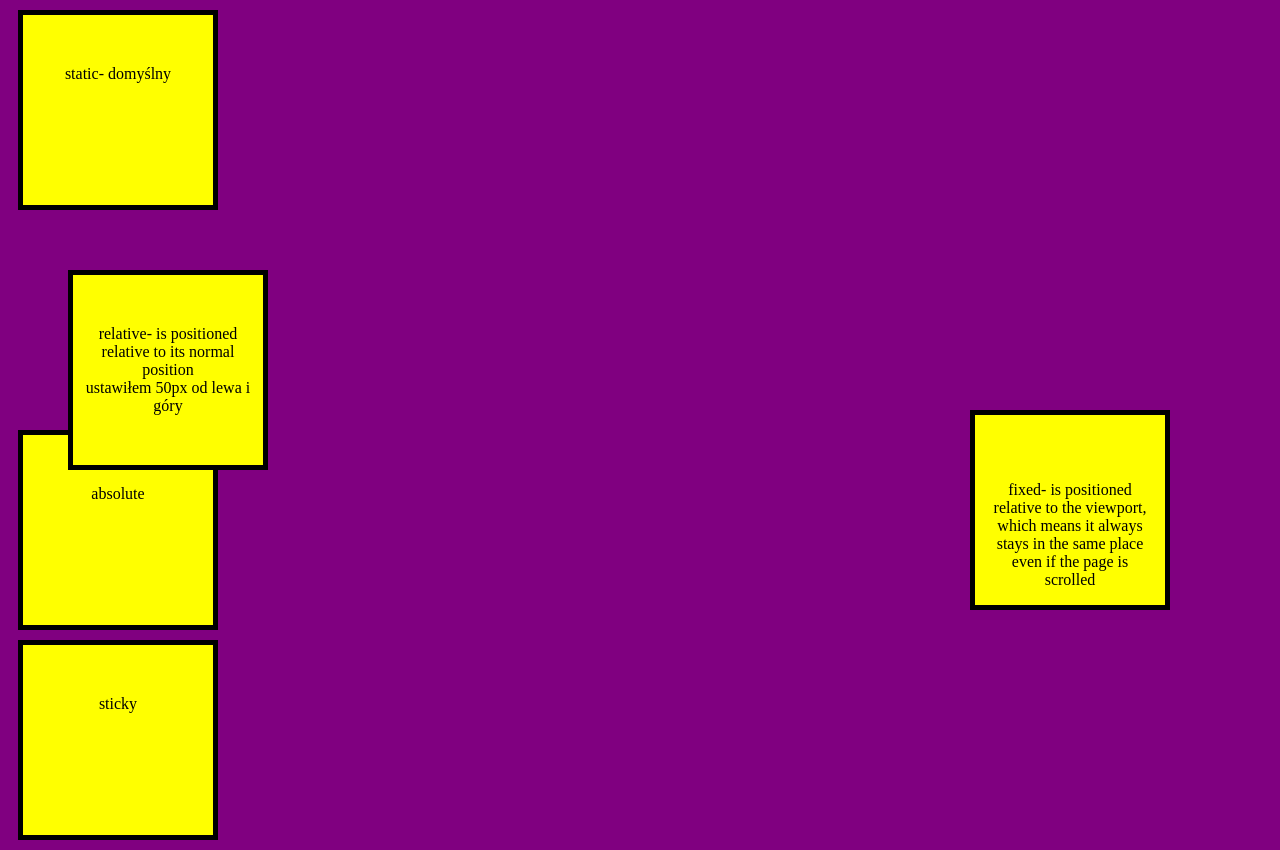
Repository: quenrythane/homepage
Page: CSS positions/CSS-positions.html
The author's editor kept a copy of each file at every save. The page is drawn from the files as they stood at one save, then again after the next save.
The browser window is 1280 px wide. The pictures show the whole page.

Above is the page before, as saved 2020-10-11 03:52:48.

After the next save:
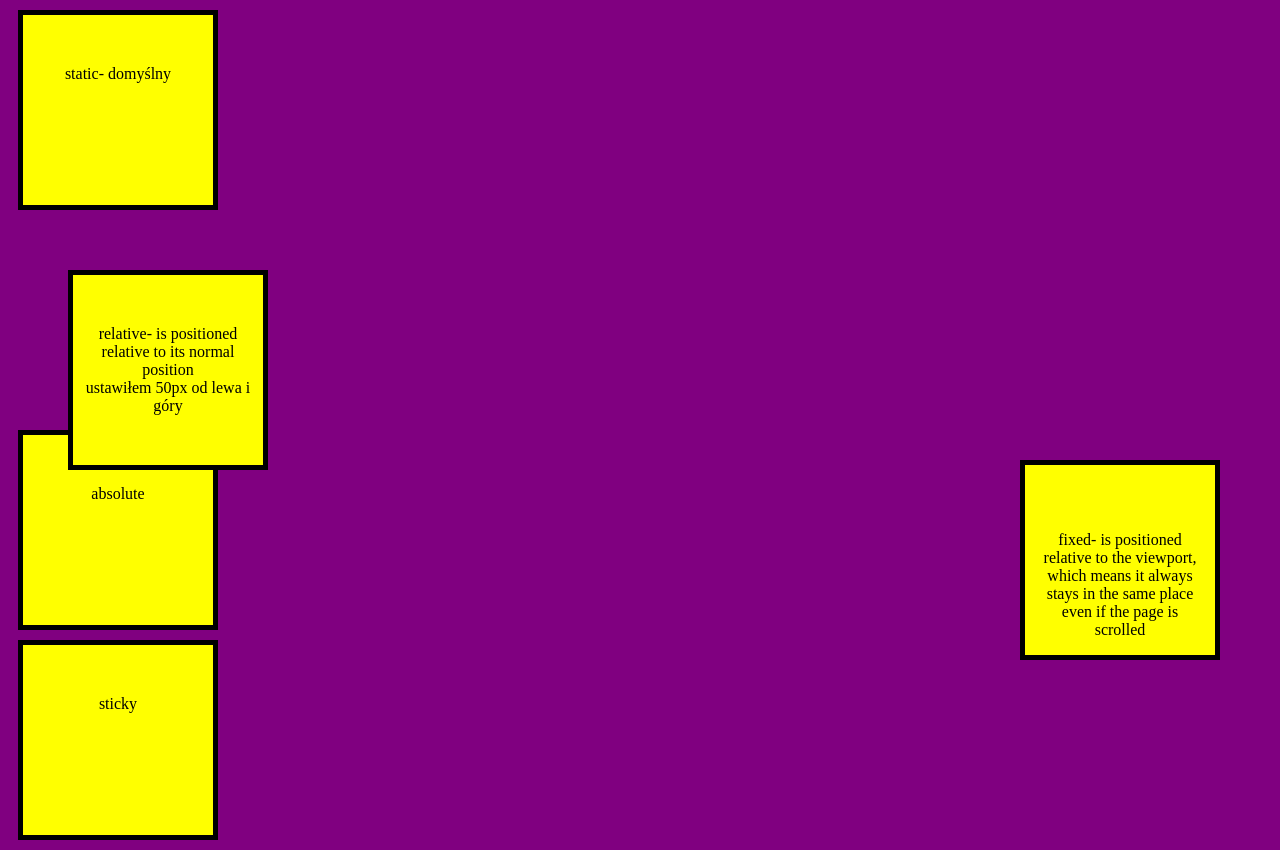
Saved 22 s later.
--- a/CSS positions/CSS-positions.html
+++ b/CSS positions/CSS-positions.html
@@ -14,7 +14,7 @@
         <p>fixed- is positioned relative to the viewport, which means it always stays in the same place even if the page is scrolled</p>
         <p>A fixed element does not leave a gap in the page where it would normally have been located</p>
         <p> Czyli ogólnie strona załaduje go w to miejsce jakby strona normalnie się ładowała i na koniec tak jakby przy klei go w to miejsce na ekranie, przez co nawet jak będziemy przewijać stronę to zostanie w tym samym miejscu ekranu (nie zmieni miejsca ani w wysokości ani w szerokośći)</p>
-        <p> Ale ja go ustawię w miejsce w prawym rogu po 100px od krawędzi</p>
+        <p> Ale ja go ustawię w miejsce w prawym rogu po 50px od krawędzi</p>
     </div>
     <div class="box absolute">absolute</div>
     <div class="box sticky">sticky</div>
--- a/CSS positions/CSS-positions.css
+++ b/CSS positions/CSS-positions.css
@@ -27,8 +27,8 @@ body {
 .fixed{
     position: fixed;
     overflow: scroll;
-    right: 100px;
-    bottom: 100px;
+    right: 50px;
+    bottom: 50px;
 }
 
 .absolute{
